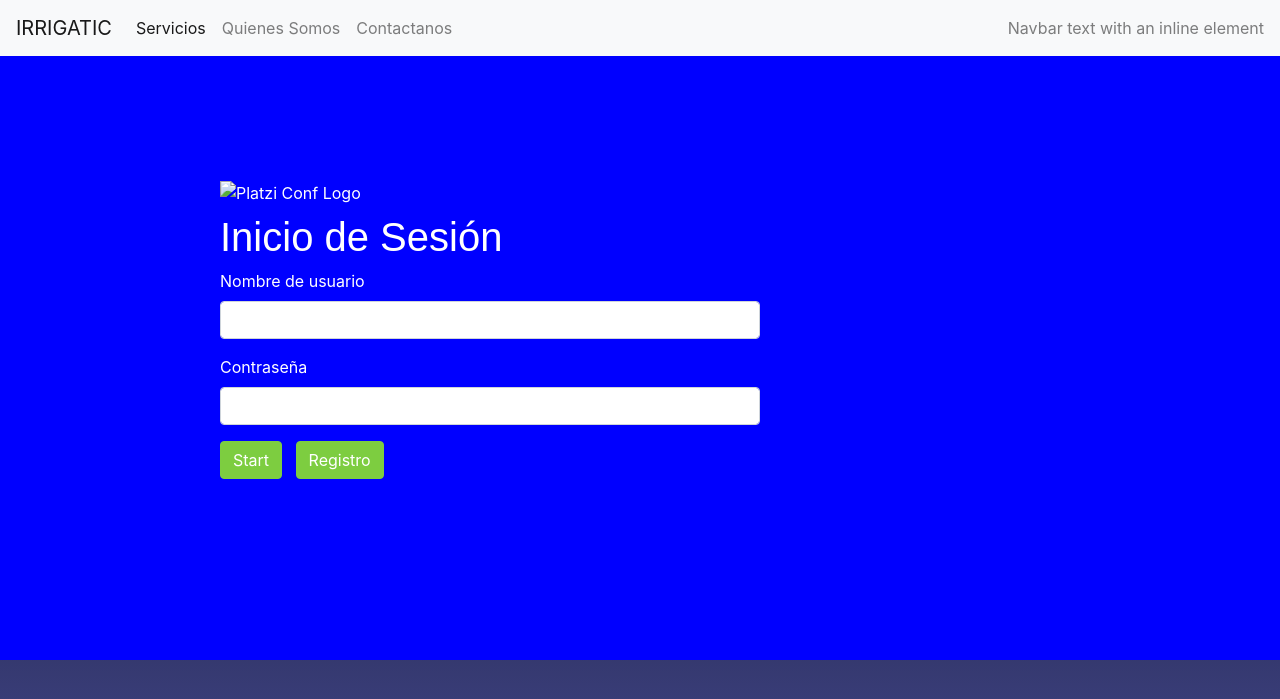
Repository: CristianPalta1/pages_react
Page: /
An editor plug-in stored every save of this project. The page is shown before and after the next save, followed by the edit.
The browser window is 1280 px wide. The pictures show the whole page.
The project was rebuilt for these pictures with package versions that can differ from the ones it lists, and the page was loaded fresh each time. Also part of the build but not shown: src/components/styles/Navbar.css, src/components/Container.jsx, src/pages/Dashboard.jsx, src/pages/IngresoDoc.jsx, src/pages/NotifiDoc.jsx, src/pages/styles/Badges.css, src/components/Registros.jsx, src/components/styles/BadgesList.css and 7 more.

Above is the page before, as saved 2019-08-29 15:02:39.

### src/index.js
import React from 'react';
import ReactDOM from 'react-dom';
import './index.css';
import 'bootstrap/dist/css/bootstrap.css'

import App from './components/App';
import * as serviceWorker from './serviceWorker';

ReactDOM.render(<App />, document.getElementById('root'));



// If you want your app to work offline and load faster, you can change
// unregister() to register() below. Note this comes with some pitfalls.
// Learn more about service workers: https://bit.ly/CRA-PWA
serviceWorker.unregister();

### src/index.css
body {
  margin: 0;
  font-family: -apple-system, BlinkMacSystemFont, "Segoe UI", "Roboto", "Oxygen",
    "Ubuntu", "Cantarell", "Fira Sans", "Droid Sans", "Helvetica Neue",
    sans-serif;
  -webkit-font-smoothing: antialiased;
  -moz-osx-font-smoothing: grayscale;
}

code {
  font-family: source-code-pro, Menlo, Monaco, Consolas, "Courier New",
    monospace;
}


@import url('https://fonts.googleapis.com/css?family=Lato:300,400,700');
@import url('https://fonts.googleapis.com/css?family=Anton');


* {
  -webkit-font-smoothing: antialiased;
  -moz-osx-font-smoothing: grayscale;
}

body {
  font-family: 'Lato', 'Helvetica Neue', sans-serif;
  background-color: #F4F4F7;
}

h1 {
  font-family: 'Anton', sans-serif;
}

a.link-unstyled {
  color: inherit;
}

a.link-unstyled:hover {
  color: inherit;
  text-decoration: none;
}

.btn {
  padding: 0.375rem 2rem;
}

.btn.btn-primary {
  color: #fff;
  background-color: #7DCD40;
  border-color: #7DCD40;
}

.btn.btn-primary:not(:disabled):not(.disabled):hover {
  color: #fff;
  background-color: #7DCD40;
  border-color: #7DCD40;
}

.btn.btn-primary:not(:disabled):not(.disabled):active {
  color: #fff;
  background-color: #7DCD40;
  border-color: #7DCD40;
}

.btn.btn-primary:not(:disabled):not(.disabled):focus {
  box-shadow: 0 0 0 0.2rem rgba(125, 205, 64, 0.5);
}

.btn.btn-danger {
  color: #fff;
  background-color: #CD4040;
  border-color: #CD4040;
}

.btn.btn-danger:not(:disabled):not(.disabled):hover {
  color: #fff;
  background-color: #CD4040;
  border-color: #CD4040;
}

.btn.btn-danger:not(:disabled):not(.disabled):active {
  color: #fff;
  background-color: #CD4040;
  border-color: #CD4040;
}

.btn.btn-danger:not(:disabled):not(.disabled):focus {
  box-shadow: 0 0 0 0.2rem rgba(255, 64, 64, 0.5);
}

### src/components/App.js


import React from 'react';
import { BrowserRouter, Switch, Route } from 'react-router-dom';

// import logo from './logo.svg';
// import './App.css';
// import Navbar from "./Navbar";
// import Carousel from './Carousel';
// import Badge from './Badge';
// import Forms from './Forms';
import Layout from './Layout';
import Inicio from '../pages/Inicio';
import Dashboard from '../pages/Dashboard';
import IngresoDoc from '../pages/IngresoDoc';
import NotificDoc from '../pages/NotifiDoc';
import Registro from '../pages/Registro';
import Loader from '../pages/Loader'
import NotFound from '../pages/NotFound';

function App() {
  return (
    <BrowserRouter>
      <Layout>
        <Switch>
          <Route exact path="/" component={Inicio} />
          <Route exact path="/Dashboard" component={Dashboard} />
          <Route exact path="/Registro_Usuarios" component={Registro} />
          <Route exact path="/Dashboard/Ingreso_Documentos" component={IngresoDoc} />
          <Route exact path="/Dashboard/Notificacion_Documentos" component={NotificDoc} />
          <Route exact path="/Dashboard/Datos_Api" component={Loader} />
          <Route component={NotFound} />
        </Switch>
      </Layout>
    </BrowserRouter>

  );
}

export default App;

### src/pages/Inicio.jsx
//Aqui mostrare el formulario de inicio de sesión

import React, { Component } from "react";
// import { Link } from "react-router-dom";

import "./styles/Home.css";
import Forms from "../components/Forms";

class Inicio extends Component {
  //Debo inicializar mi estado, como objeto vacio
  state = {
    form: {
        Name: '',
        Pass: ''
    }
  };

  handleChange = e => {
    //Para ver el valor del inpunt see escribe value:e.target.value
    //tambien funciona con el input para saber que es name:e.target.name

    // const nextForm = this.state.form
    // nextForm[e.target.name] =  e.target.value;

    this.setState({
      // form: nextForm,
      //Esto es lo que va a hacer es que cada campo, se guardada en su respectivo input
      form: {
        ...this.state.form,
        [e.target.name]: e.target.value
      }
    });
  };

  //Evento para saber que sucedio al hacer click en el boton
  handleClick = e => {
    console.log("Boton Oprimido");
  };

  //El boton es de tipo submit, si no quiero que eso pase porque recarga la pagina,
  //debo espicicar el tipo de boton. En este caso tipo button
  handleSubmit = e => {
    e.preventDefault();
    console.log("Formulario ha sido Enviado");
    console.log(this.state.form);
  };

  render() {
    return (
      <div className="Home">
        <div className="container">
          <div className="row">
            <div className="col-8">
              <Forms
              onChange={this.handleChange}
              formValues = {this.state.form}/>
            </div>
            <div className="col-4">
              jojoj
            </div>
          </div>
        </div>
      </div>
    );
  }
}

export default Inicio;

### src/components/Navbar.jsx
import React from "react";
import { Link } from "react-router-dom";
import "./styles/Navbar.css";

// import './styles/Navbar.css';
// import logo from '../images/logo.svg';

class Navbar extends React.Component {
  render() {
    return (
      <nav className="navbar navbar-expand-lg navbar-light bg-light fixed-top" role="navigation">
        <a className="navbar-brand" href="#">
          IRRIGATIC
        </a>
        <button
          className="navbar-toggler"
          type="button"
          data-toggle="collapse"
          data-target="#navbarText"
          aria-controls="navbarText"
          aria-expanded="false"
          aria-label="Toggle navigation"
        >
          <span className="navbar-toggler-icon"></span>
        </button>
        <div className="collapse navbar-collapse" id="navbarText">
          <ul className="navbar-nav mr-auto">
            <li className="nav-item active">
              <a className="nav-link" href="#">
                Servicios
              </a>
            </li>
            <li className="nav-item">
              <a className="nav-link" href="#">
                Quienes Somos
              </a>
            </li>
            <li className="nav-item">
              <a className="nav-link" href="#">
                Contactanos
              </a>
            </li>
          </ul>
          <span className="navbar-text">Navbar text with an inline element</span>
        </div>
      </nav>
    );
  }
}

export default Navbar;

### src/pages/styles/Home.css
.Home {
  width: 100%;
  min-height: calc(100vh - 60px);
  background: #0000ff;
  /* background: url('../../images/stars.svg'), #1B1B25; */
  background-repeat: repeat;

  color: #ffffff;

  display: flex;
  align-items: center;
}

.Home__col {
  display: flex;
  flex-direction: column;
  justify-content: center;
  align-items: center;
}

@media screen and (min-width: 768px) {
  .Home__col {
    align-items: flex-start;
  }
}

### src/components/Forms.jsx
import React from 'react';
import { Link } from "react-router-dom";

import "./styles/Home.css";

class Forms extends React.Component {

//   state = {
//     Name: '',
//     Pass: ''
// };

  handleChange = e => {
    //Para ver el valor del inpunt see escribe value:e.target.value
    //tambien funciona con el input para saber que es name:e.target.name
  }

  //Evento para saber que sucedio al hacer click en el boton
  handleClick = e => {
    console.log('Boton Oprimido');
  };


  //El boton es de tipo submit, si no quiero que eso pase porque recarga la pagina,
  //debo espicicar el tipo de boton. En este caso tipo button
  handleSubmit = e => {
    e.preventDefault();
    console.log('Formulario ha sido Enviado');
    console.log(this.props.formValues);
  };

  render() {
    return (
      <div className="Home">
        <div className="container">
          {/* <div className="row"> */}
            {/* <div className="Home__col col-12 col-md-4"> */}
              <img
                // src={platziconfLogoImage}
                alt="Platzi Conf Logo"
                className="img-fluid mb-2"
              />

              <h1>Inicio de Sesión</h1>

              <form onSubmit={this.handleSubmit}>
                <div className="form-group">
                  <label>Nombre de usuario</label>
                  <input
                    onChange={this.props.onChange}
                    className="form-control"
                    type="text"
                    name="Name"
                    value={this.props.formValues.Name}
                  />
                </div>

                <div className="form-group">
                  <label>Contraseña</label>
                  <input
                    onChange={this.props.onChange}
                    className="form-control"
                    type="password"
                    name="Pass"
                    value={this.props.formValues.Pass}
                  />
                </div>
                <Link
                  onClick={this.handleClick}
                  className="btn btn-primary"
                  to="/Dashboard">
                  Start
                </Link>
                &nbsp;&nbsp;&nbsp;
                <Link
                className="btn btn-primary"
                to="/Registro_Usuarios">
                  Registro
                </Link>
              </form>

            {/* </div> */}

            {/* <div className="Home__col d-none d-md-block col-md-8">
              <img
                // src={astronautsImage}
                alt="Astronauts"
                className="img-fluid p-4"
              />
            </div> */}
          {/* </div> */}
        </div>
      </div>
    );
  }
}

export default Forms;

### src/pages/styles/Api.css
* {
    box-sizing: border-box;
  }

  body {
    font-family: -apple-system, BlinkMacSystemFont, "Segoe UI", Roboto, Oxygen,
      Ubuntu, Cantarell, "Open Sans", "Helvetica Neue", sans-serif;
    color: white;
    background: rgb(22, 24, 38);
    background: linear-gradient(
      180deg,
      rgba(22, 24, 38, 1) 0%,
      rgba(22, 24, 38, 1) 40%,
      rgba(58, 62, 123, 1) 100%
    );
    background-repeat: no-repeat;
    min-height: 100vh;
  }

  .App {
    display: flex;
    flex-direction: column;
  }

  .Logo {
    align-self: center;
    max-width: 100%;
  }

  ul {
    list-style: none;
    padding-left: 0;
  }

  .container {
    width: 100%;
    max-width: 900px;
    margin: 0 auto;
  }

  .row {
    display: flex;
    flex-wrap: wrap;
  }

  .col-6 {
    padding-left: 0.5rem;
    padding-right: 0.5rem;
    flex-basis: 50%;
  }

  @media screen and (min-width: 600px) {
    .col-md-3 {
      padding-left: 0.5rem;
      padding-right: 0.5rem;
      flex-basis: 25%;
    }
  }

  .CharacterCard {
    width: 100%;
    height: 240px;
    background: white;
    background-size: cover;
    background-repeat: no-repeat;
    background-position: center;
    border-radius: 5px;
    overflow: hidden;
    margin-bottom: 1rem;
    position: relative;
  }

  .CharacterCard__name-container {
    color: white;
    position: absolute;
    bottom: 0;
    width: 100%;
    background-color: rgba(0, 0, 0, 0.7);
    padding: 1rem 0.5rem;
  }

  .text-truncate {
    text-overflow: ellipsis;
    white-space: nowrap;
    overflow: hidden;
  }

  .text-center {
    text-align: center;
  }

  button {
    background-color: #44c767;
    border-radius: 4px;
    border: 1px solid #18ab29;
    display: inline-block;
    cursor: pointer;
    color: #ffffff;
    font-size: 17px;
    padding: 16px 31px;
    text-decoration: none;
    text-shadow: 0px 1px 0px #2f6627;
  }

Loaded but not shown: public/index.html (common file); src/serviceWorker.js (common file); src/components/Layout.jsx (common file)

After the next save:
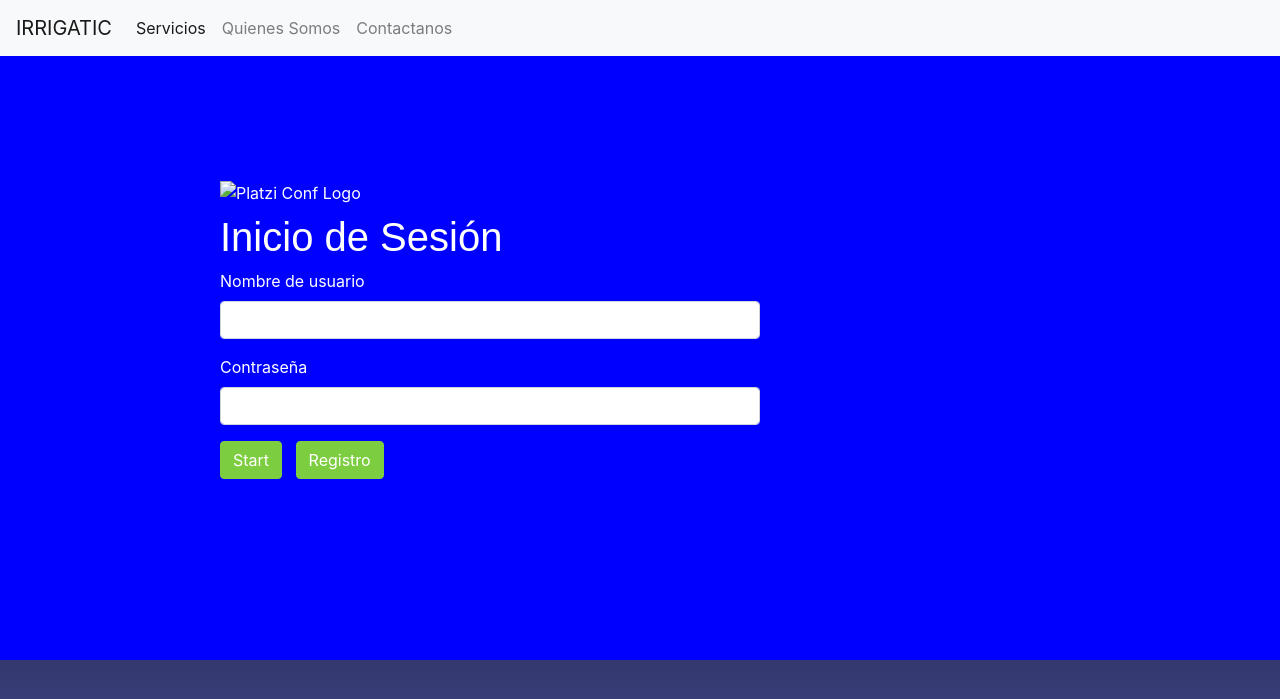
Saved 8 s later.
--- a/src/components/Navbar.jsx
+++ b/src/components/Navbar.jsx
@@ -41,7 +41,7 @@ class Navbar extends React.Component {
               </a>
             </li>
           </ul>
-          <span className="navbar-text">Navbar text with an inline element</span>
+          {/* <span className="navbar-text">Navbar text with an inline element</span> */}
         </div>
       </nav>
     );
